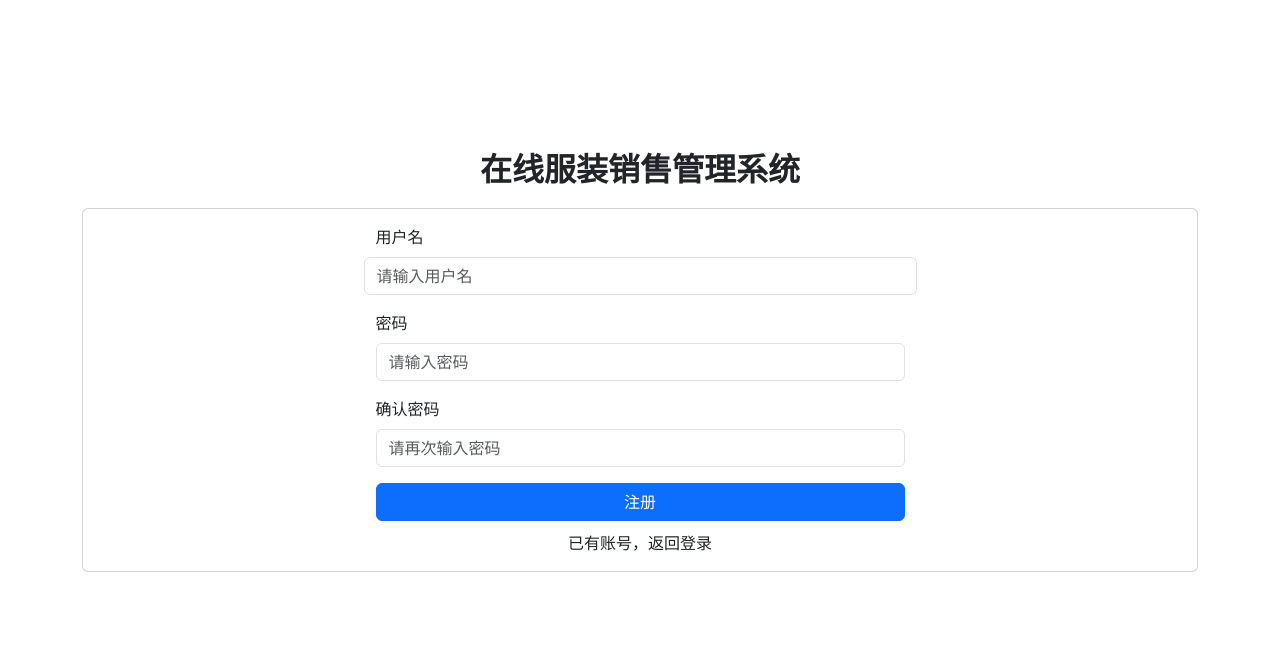
Repository: squawktop/CFS
Page: /user/register (app in web/)
An editor plug-in stored every save of this project. The page is shown before and after the next save, followed by the edit.
The browser window is 1280 px wide. The pictures show the whole page.
The project was rebuilt for these pictures with package versions that can differ from the ones it lists, and the page was loaded fresh each time. Also part of the build but not shown: web/vue.config.js, web/src/views/LoginView.vue, web/src/components/NavBar.vue, web/src/views/HomeView.vue, web/src/views/UsersManageView.vue, web/src/views/PersonalCenterView.vue, web/src/views/GoodsManageView.vue, web/src/views/OrdersManageView.vue and 1 more.

Above is the page before, as saved 2024-03-23 18:52:01.

After the next save:
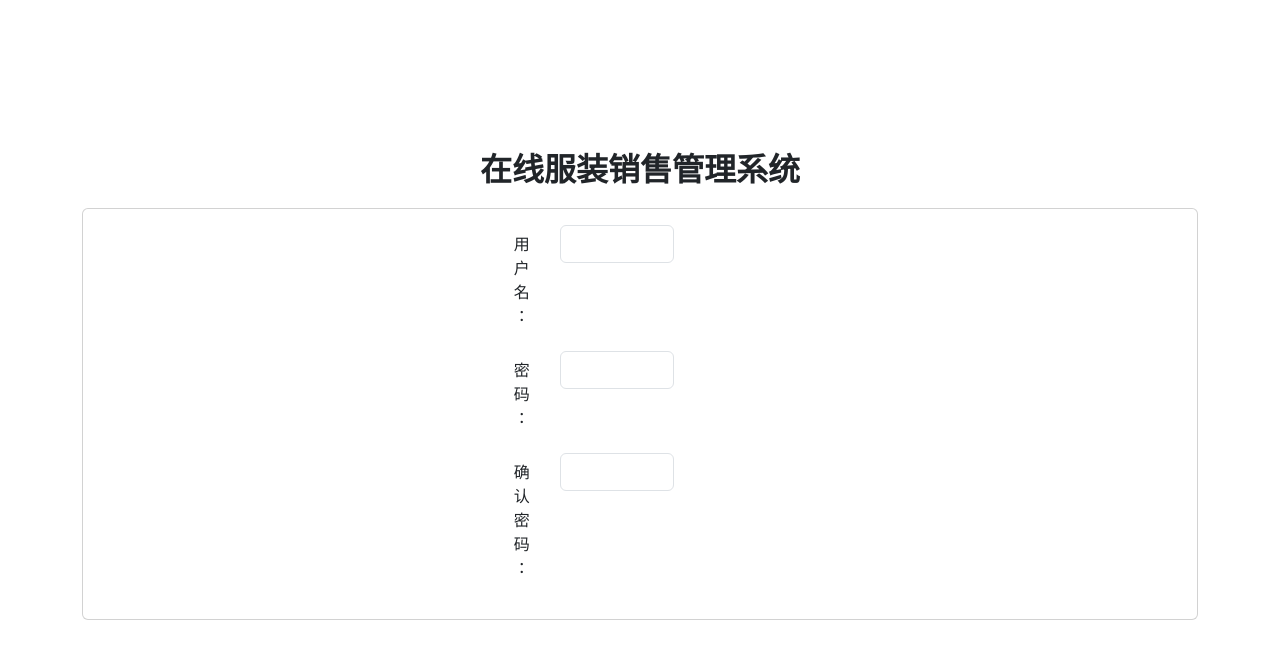
Saved 14 s later.
--- a/web/src/views/RegisterView.vue
+++ b/web/src/views/RegisterView.vue
@@ -3,9 +3,9 @@
         <h2>在线服装销售管理系统</h2>
         <ContentField>
             <div class="row justify-content-md-center">
-                <div class="col-6">
+                <div class="col-3">
                     <form @submit.prevent="register">
-                        <div class="mb-3 row">
+                        <!-- <div class="mb-3">
                             <label for="username" class="form-label">用户名</label>
                             <input v-model="username" type="text" class="form-control" id="username"
                                 placeholder="请输入用户名" />
@@ -22,7 +22,27 @@
                         </div>
                         <div class="error-message">{{ error_message }} </div>
                         <button type="submit" class="btn btn-primary">注册</button>
-                        <div class="tip" @click="loginview">已有账号，返回登录</div>
+                        <div class="tip" @click="loginview">已有账号，返回登录</div> -->
+
+                        <div class="mb-3 row">
+                            <label for="username" class="col-sm-2 col-form-label">用户名：</label>
+                            <div class="col-sm-6">
+                                <input type="password" class="form-control" id="username">
+                            </div>
+                        </div>
+                        <div class="mb-3 row">
+                            <label for="inputPassword" class="col-sm-2 col-form-label">密码：</label>
+                            <div class="col-sm-6">
+                                <input type="password" class="form-control" id="inputPassword">
+                            </div>
+                        </div>
+                        <div class="mb-3 row">
+                            <label for="inputPassword" class="col-sm-2 col-form-label">确认密码：</label>
+                            <div class="col-sm-6">
+                                <input type="password" class="form-control" id="inputPassword">
+                            </div>
+                        </div>
+
 
 
                     </form>
